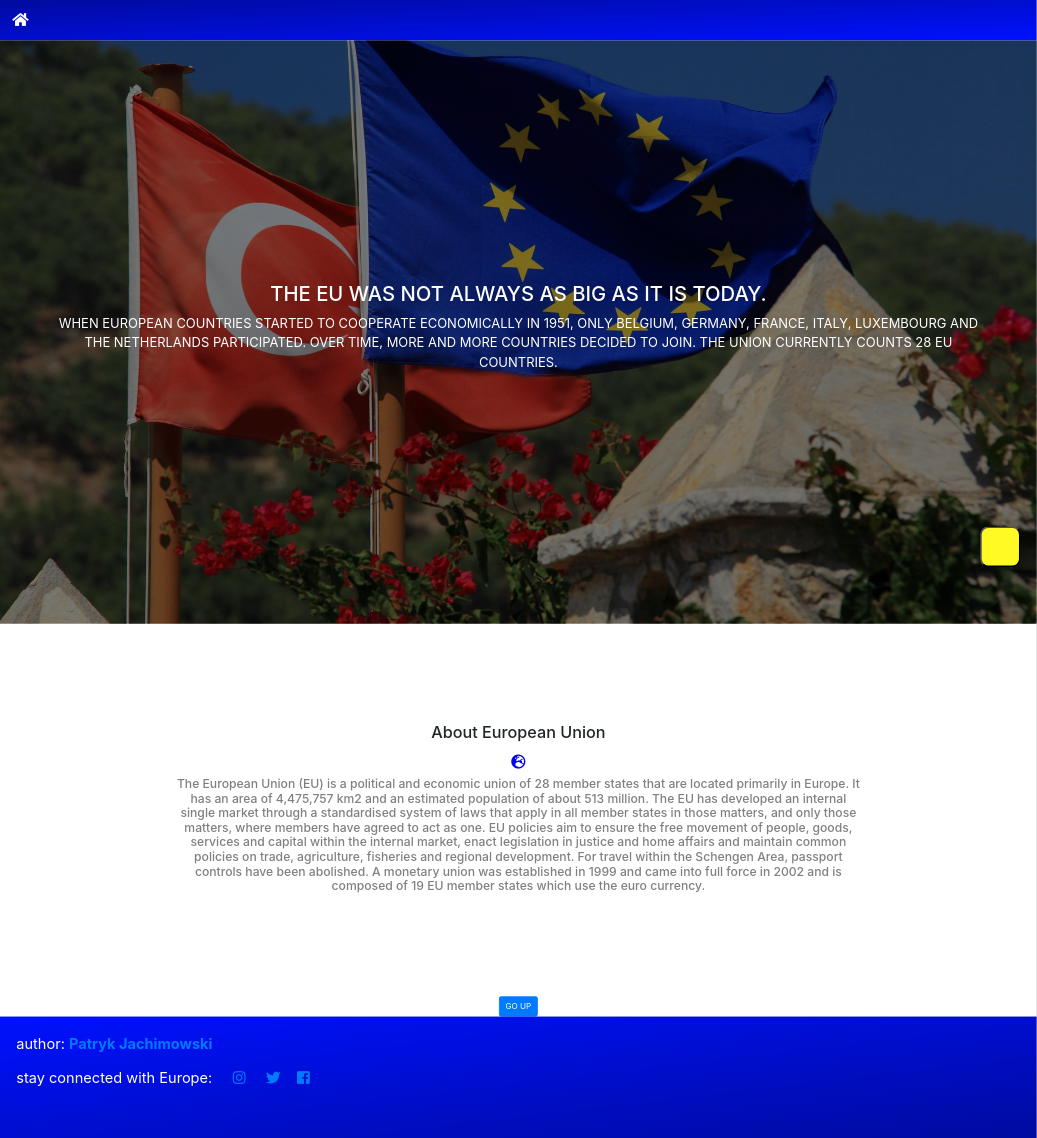
Repository: pjachimowski/renewable
Page: 2.html
The author's editor kept a record of every edit. The page is drawn from the files as they stood at one moment, then again after the next edit.
The browser window is 1280 px wide. The pictures show the whole page, at 81% of full size.
Backgrounds fixed to the window are drawn as part of the page. Some web fonts or font styles are not loaded; a fallback is used. Some web libraries are served in a nearby version.

Above is the page before.
Console error: SyntaxError: Unexpected number

### 2.html
<!DOCTYPE html>
<html lang="en">

<head>
    <meta charset="UTF-8">
    <meta name="viewport" content="width=device-width, initial-scale=1.0">
    <meta http-equiv="X-UA-Compatible" content="ie=edge">

    <title>EU Stats</title>

    <link rel="stylesheet" href="static/css/style.css" type="text/css" />
    <link rel="stylesheet" href="static/css/dc.min.css" type="text/css" />
    <link rel="stylesheet" href="static/css/bootstrap.min.css" type="text/css" />
    <link rel="stylesheet" href="https://maxcdn.bootstrapcdn.com/bootstrap/4.1.3/css/bootstrap.min.css">
    <link rel="stylesheet" href="https://use.fontawesome.com/releases/v5.6.1/css/all.css" integrity="sha384-gfdkjb5BdAXd+lj+gudLWI+BXq4IuLW5IT+brZEZsLFm++aCMlF1V92rMkPaX4PP" crossorigin="anonymous">
    <link href="https://fonts.googleapis.com/css?family=Akronim|Raleway" rel="stylesheet">


    <script type="text/javascript" src="static/js/d3.min.js"></script>
    <script type="text/javascript" src="static/js/crossfilter.min.js"></script>
    <script type="text/javascript" src="static/js/dc.min.js"></script>
    <script type="text/javascript" src="static/js/queue.min.js"></script>
    <script type="text/javascript" src="static/js/graphs2.js"></script>
</head>

<body>

    <!-- navbar --------------------------------------------------------------------------------------------->

    <nav class="mynavbar navbar-expand-sm">
        <div>
            <a href="index.html">
                <p class="fas fa-home home"></p>
            </a>
        </div>
    </nav>
    <!---- reset button ---------------------------------------------------------------->

    <button id="reset-btn" class="resetbtn" href="#"><i class="fas fa-redo-alt"></i></button>

    <!-- callout --------------------------------------------------------------------------------------------->

    <section class="container-callout2 container-fluid">
        <div class="opaque-overlay">&nbsp;</div>
        <div class="row">
            <div class="col-12 text-center">
                <div>
                    <h1 class="title1">The EU was not always as big as it is today. </h1>
                </div>
                <div>
                    <p class="title2">When European countries started to cooperate economically in 1951, only Belgium, Germany, France, Italy, Luxembourg and the Netherlands participated.

Over time, more and more countries decided to join. The Union currently counts 28 EU countries.</p>

                </div>
            </div>
        </div>

    </section>
    <!------- intro ------->

    <section class="container-callout-2">
        <div class="row">
            <div class="col-2"></div>
            <div class="col-8 intro text-center">
                <div>
                    <h2>About European Union</h2>
                </div>
                <i class="fas fa-globe-europe devider"></i>
                <div>
                    <h4 class="text2">
                        The European Union (EU) is a political and economic union of 28 member states that are located primarily in Europe. It has an area of 4,475,757 km2 and an estimated population of about 513 million. The EU has developed an internal single market through
                        a standardised system of laws that apply in all member states in those matters, and only those matters, where members have agreed to act as one. EU policies aim to ensure the free movement of people, goods, services and capital
                        within the internal market, enact legislation in justice and home affairs and maintain common policies on trade, agriculture, fisheries and regional development. For travel within the Schengen Area, passport controls have been
                        abolished. A monetary union was established in 1999 and came into full force in 2002 and is composed of 19 EU member states which use the euro currency.
                    </h4>
                </div>
            </div>
            <div class="col-2"></div>
        </div>

    </section>




    <!----- back to the top ----------------------->


    <div class="row">
        <div class="col-12">
            <div class="go-up-btn">
                <button type="button" href="#back-to-top" class="btn btn-primary">GO UP</button>
            </div>
        </div>
    </div>



    <footer class="">
        <div class="footer">

            <p class="author">author: <a href="https://github.com/pjachimowski"><strong>Patryk Jachimowski</strong></a></p>
            <p class="stay-connected">stay connected with Europe: &nbsp; &nbsp;
                <a href="https://www.instagram.com/eucouncil/"><i class="fab fa-instagram"></i></a> &nbsp; &nbsp;
                <a href="https://twitter.com/EU_Commission"><i class="fab fa-twitter"></i></a>&nbsp; &nbsp;
                <a href="https://www.facebook.com/EuropeanCommission/"><i class="fab fa-facebook-square"></i></a></p>
        </div>

    </footer>
</body>

</html>

### static/css/style.css
html {
    scroll-behavior: smooth;
}

html,
body {
    overflow-x: hidden;
}

body {
    font-family: "Railway", sans-serif;
    margin: 0;
    padding: 0;
}

/*------- navbar ---------------*/

.home {
    color: white;
    font-size: large;
    margin: 15px 15px 15px 15px;
}

.mynavbar {
    background-image: linear-gradient(to bottom right, #000B9F, #0011FF);
    position: relative;
    min-height: 50px;
    margin-bottom: 0px;

}
/* ------- reset & go up btns -----------*/

.resetbtn {
    position: fixed;
    width: 50px;
    height: 50px;
    background: #FFF924;
    bottom: 20px;
    right: 20px;
    z-index: +1;
    text-decoration: none;
    text-align: center;
    line-height: 50;
    color: white;
    font-size: 22px;
    border-radius: 10px;
}

#myBtn {
  display: none; /* Hidden by default */
  position: fixed; /* Fixed/sticky position */
  bottom: 20px; /* Place the button at the bottom of the page */
  right: 30px; /* Place the button 30px from the right */
  z-index: 99; /* Make sure it does not overlap */
  border: none; /* Remove borders */
  outline: none; /* Remove outline */
  background-color: red; /* Set a background color */
  color: white; /* Text color */
  cursor: pointer; /* Add a mouse pointer on hover */
  padding: 15px; /* Some padding */
  border-radius: 10px; /* Rounded corners */
  font-size: 18px; /* Increase font size */
}

#myBtn:hover {
  background-color: #555; /* Add a dark-grey background on hover */
}


.go-up-btn {
    text-align: center;
    display: block;
    font-size: 14px;
}

/*------- callout -----------*/

.container-callout {
    height: 100vh;
    background: url("../../assets/background1.jpg") no-repeat bottom right fixed;
    -webkit-background-size: cover;
    -moz-background-size: cover;
    -o-background-size: cover;
    background-size: cover;
    display: flex;
    align-items: center;
    justify-content: center;
    position: relative;
    margin-bottom: 50px;
}

.container-callout2 {
    height: 100vh;
    background: url("../../assets/blue-2806_1920.jpg") no-repeat bottom right fixed;
    -webkit-background-size: cover;
    -moz-background-size: cover;
    -o-background-size: cover;
    background-size: cover;
    display: flex;
    align-items: center;
    justify-content: center;
    position: relative;
    margin-bottom: 50px;
}

.opaque-overlay {
    position: absolute;
    top: 0;
    left: 0;
    height: 100%;
    width: 100%;
    background-color: rgba(0, 0, 0, 0.5);
}

.title1 {
    color: white;
    text-transform: uppercase;

}

.title2 {
    font-size: medium;
    text-transform: uppercase;
    margin: 10px 50px 15px 50px;
    display: block;
    color: white;
}

.title3 {
    font-size: medium;
    font-style: italic;
    margin: 10px 50px 15px 50px;
    display: block;
    color: white;
}
/*---------- intro ----------*/

.container-callout-2 {
    height: 50vh;
    margin-bottom: 50px;
    -webkit-background-size: cover;
    -moz-background-size: cover;
    -o-background-size: cover;
    background-size: cover;
    display: flex;
    align-items: center;
    justify-content: center;
    position: relative;
}

.devider {
    color: blue;
    font-size: large;
    margin: 10px;
}

.text2 {
    color: gray;
}

/* ----------- charts cointainers --------*/

.chart1 {
    display: block;
    margin: 15px 10px 100px 10px;
}

.card-styling {
    background-color: #F0F0F0;
    border-radius: 35px 0px 0px 35px;

}

.card-stylingl {
    background-color: #F0F0F0;
    border-radius: 0px 35px 35px 0px;

}

.charts-r {
    margin: 20px 20px 20px 100px;
    align-items: center;
}

.charts-l {
    margin: 20px 20px 20px 100px;
    align-items: center;
}

.about-charts {
    text-align: center;
    padding: 0px 40px 0px 40px;
    font-size: medium;
}

.about-charts-img {
    height: 100px;
    margin: 40px 0px 20px 0px;
}

/* ---------- footer ---------*/

.footer {
    background-image: linear-gradient(to bottom right, #0011FF, #000B9F);
    min-height: 150px;
    width: 100%;
    color: white;
    position: relative;
}

.author {
    font-size: large;
    padding: 20px 40px 0px 20px;
}

.stay-connected {
    font-size: large;
    padding: 5px 40px 0px 20px;
}

.fa-instagram {
    font-size: large;
}

### static/js/graphs2.js
queue()
    .defer(d3.csv, "data/states.csv")
    .await(makeGraphs);

function makeGraphs(error, statesData) {
    var ndx = crossfilter(statesData);

    show_members_balance(ndx);
    show_year_accession(ndx);

    // pie charts

    show_council_votes(ndx);
    show_parliament_seats(ndx);

    show_gdp_per_year(ndx);

    dc.renderAll();
}

/* ------ show_members_balance --------*/

function show_members_balance(ndx) {
    var dim = ndx.dimension(dc.pluck('European_Union'));
    var group = dim.group();

    dc.barChart("#members_balance")
        .width(400)
        .height(300)
        .margins({ top: 10, right: 50, bottom: 30, left: 50 })
        .dimension(dim)
        .group(group)
        .transitionDuration(500)
        .x(d3.scale.ordinal())
        .xUnits(dc.units.ordinal)
        .elasticY(true)
        .xAxisLabel("Countries in Europe")
        .yAxis().ticks(10);
}

/* ------ show_year_accession --------*/

function show_year_accession(ndx) {
    var dim = ndx.dimension(dc.pluck('Accession_Year'));
    var group = dim.group();

    dc.barChart("#year_accession")
        .width(400)
        .height(300)
        .margins({ top: 10, right: 50, bottom: 30, left: 50 })
        .dimension(dim)
        .group(group)
        .transitionDuration(500)
        .x(d3.scale.ordinal())
        .xUnits(dc.units.ordinal)
        .elasticY(true)
        .xAxisLabel("Countries in Europe")
        .yAxis().ticks(5);
}

/* ----- show_council_votes ------------*/

function show_council_votes(ndx) {
    var dim = ndx.dimension(d => d.country);
    var group = dim.group().reduceSum(d => d.council_votes);

    dc.pieChart("#council_votes")
        .height(400)
        .width(400)
        .radius(150)
        .slicesCap(37)
        .innerRadius(50)
        .dimension(dim)
        .group(group)
        .renderLabel(true)
        .drawPaths(false)
        .externalLabels(-2)
        .on('pretransition', function(chart) {
            chart.selectAll('text.pie-slice').text(function(d) {
                if (d.data.value > 13) {
                    return d.data.key + ': ' + d.data.value;
                }
                return "";
            });
        });
}


/* ------- show_parliament_seats -------*/

function show_parliament_seats(ndx) {
    var dim = ndx.dimension(d => d.country);
    var group = dim.group().reduceSum(d => d.parliament_seats);

    dc.pieChart("#parliament-seats")
        .height(400)
        .width(400)
        .radius(150)
        .slicesCap(37)
        .innerRadius(80)
        .dimension(dim)
        .group(group)
        .renderLabel(true)
        .drawPaths(false)
        .externalLabels(-10)
        .on('pretransition', function(chart) {
            chart.selectAll('text.pie-slice').text(function(d) {
                if (d.data.value > 20) {
                    return d.data.key + ': ' + d.data.value;
                }
                return "";
            });
        });
}

/* -------- show_gdp_per_year -------------------------- */


function show_gdp_per_year(ndx) {
    var year_dim = ndx.dimension(dc.pluck('date'));
    function gdp_per_year(country) {
            return function(d) {
                if (d.country === country) {
                    return 1; // something is wrong with "1"
                } else {
                    return 0;
                }
            }
        }
    var 2010 = year_dim.group().reduceSum(gdp_per_year('Tom'));
    var bobSpendByMonth = year_dim.group().reduceSum(gdp_per_year('Bob'));
    var aliceSpendByMonth = year_dim.group().reduceSum(gdp_per_year('Alice'));

    var composite = dc.compositeChart("#gdp-per-year");

    composite
        .width(990)
        .height(200)
        .dimension(date_dim)
        .x(d3.time.scale().domain([minDate, maxDate]))
        .yAxisLabel("year")
        .legend(dc.legend().x(80).y(20).itemHeight(13).gap(5))
        .renderHorizontalGridLines(true)
        .compose([
            dc.lineChart(compositeChart)
            .colors('green')
            .group(tomSpendByMonth, 'Tom'),
            dc.lineChart(compositeChart)
            .colors('red')
            .group(bobSpendByMonth, 'Bob'),
            dc.lineChart(compositeChart)
            .colors('blue')
            .group(aliceSpendByMonth, 'Alice')
        ])
        .brushOn(false)
        .render();
}

Loaded but not shown: static/css/dc.min.css (library); static/css/bootstrap.min.css (library); static/js/d3.min.js (library); static/js/crossfilter.min.js (library); static/js/dc.min.js (library); static/js/queue.min.js (common file)

After the next edit:
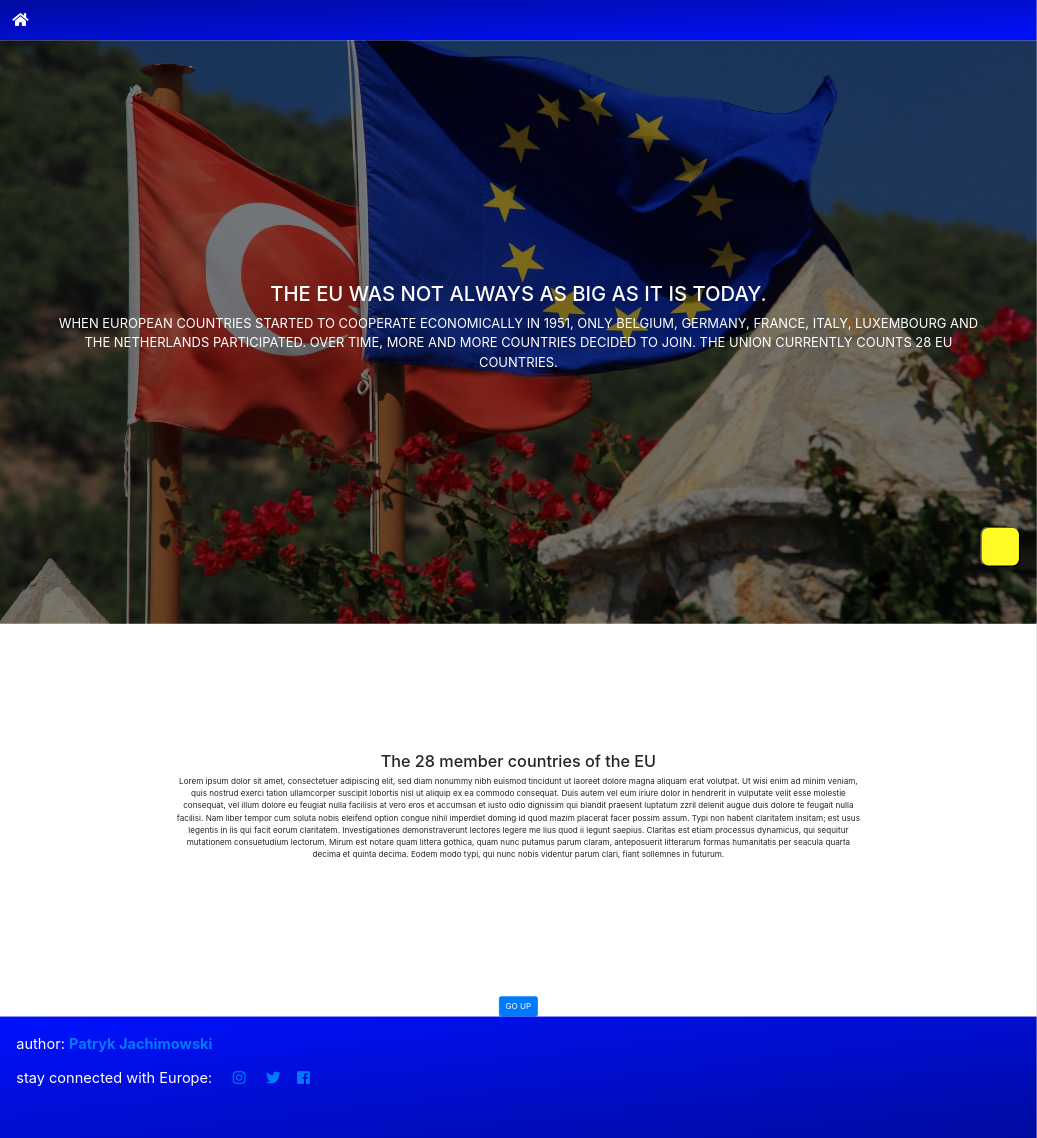
The edit:
--- a/2.html
+++ b/2.html
@@ -64,16 +64,28 @@
             <div class="col-2"></div>
             <div class="col-8 intro text-center">
                 <div>
-                    <h2>About European Union</h2>
-                </div>
-                <i class="fas fa-globe-europe devider"></i>
-                <div>
-                    <h4 class="text2">
-                        The European Union (EU) is a political and economic union of 28 member states that are located primarily in Europe. It has an area of 4,475,757 km2 and an estimated population of about 513 million. The EU has developed an internal single market through
-                        a standardised system of laws that apply in all member states in those matters, and only those matters, where members have agreed to act as one. EU policies aim to ensure the free movement of people, goods, services and capital
-                        within the internal market, enact legislation in justice and home affairs and maintain common policies on trade, agriculture, fisheries and regional development. For travel within the Schengen Area, passport controls have been
-                        abolished. A monetary union was established in 1999 and came into full force in 2002 and is composed of 19 EU member states which use the euro currency.
-                    </h4>
+                    <h2>The 28 member countries of the EU</h2>
+
+                    <p>Lorem ipsum dolor sit amet, consectetuer adipiscing elit,
+                    sed diam nonummy nibh euismod tincidunt ut laoreet dolore
+                    magna aliquam erat volutpat. Ut wisi enim ad minim veniam,
+                    quis nostrud exerci tation ullamcorper suscipit lobortis nisl
+                    ut aliquip ex ea commodo consequat. Duis autem vel eum iriure
+                    dolor in hendrerit in vulputate velit esse molestie consequat,
+                    vel illum dolore eu feugiat nulla facilisis at vero eros et
+                    accumsan et iusto odio dignissim qui blandit praesent luptatum
+                    zzril delenit augue duis dolore te feugait nulla facilisi.
+                    Nam liber tempor cum soluta nobis eleifend option congue
+                    nihil imperdiet doming id quod mazim placerat facer possim
+                    assum. Typi non habent claritatem insitam; est usus legentis
+                    in iis qui facit eorum claritatem. Investigationes
+                    demonstraverunt lectores legere me lius quod ii legunt saepius.
+                    Claritas est etiam processus dynamicus, qui sequitur mutationem
+                    consuetudium lectorum. Mirum est notare quam littera gothica,
+                    quam nunc putamus parum claram, anteposuerit litterarum formas
+                    humanitatis per seacula quarta decima et quinta decima. Eodem
+                    modo typi, qui nunc nobis videntur parum clari, fiant sollemnes
+                    in futurum.
                 </div>
             </div>
             <div class="col-2"></div>
